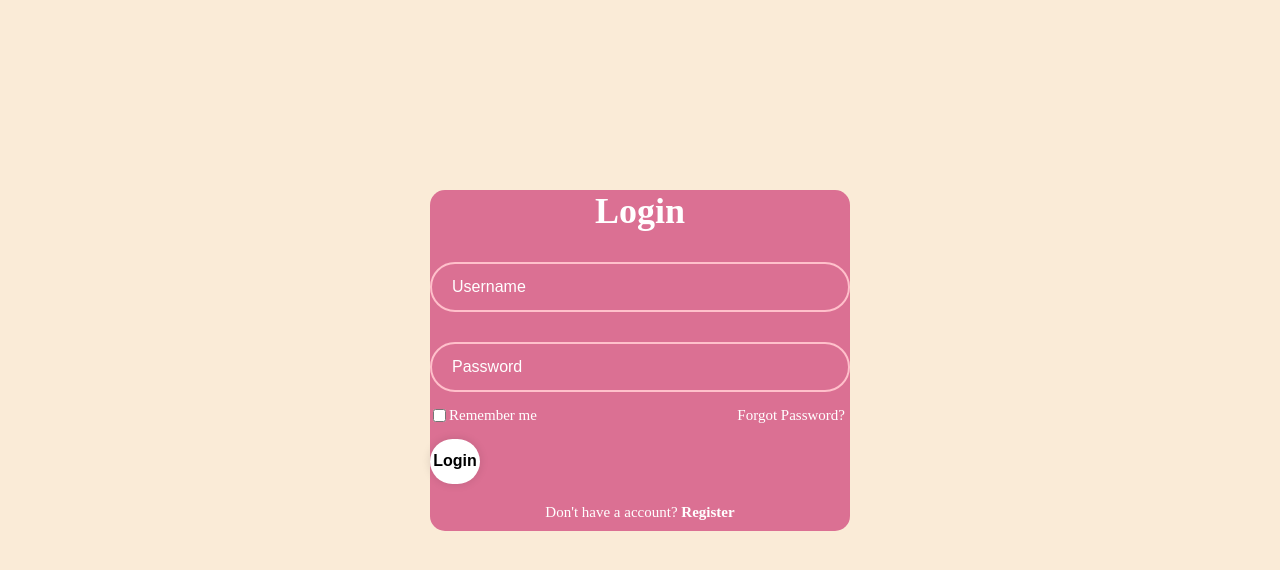
Repository: Kubraaygun/Html_Css_Login
Page: index.html
An editor plug-in stored every save of this project. The page is shown before and after the next save, followed by the edit.
The browser window is 1280 px wide. The pictures show the whole page.

Above is the page before, as saved 2025-03-05 20:00:18.

### index.html
<!DOCTYPE html>
<html lang="en">
  <head>
    <meta charset="UTF-8" />
    <meta name="viewport" content="width=device-width, initial-scale=1.0" />
    <title>HTML</title>
    <link rel="stylesheet" href="style.css" />
    <link
      rel="stylesheet"
      href="https://fonts.googleapis.com/icon?family=Material+Icons"
    />
  </head>

  <body>
    <div class="container">
      <form action="">
        <!-- Baslik -->
        <h1 class="login">Login</h1>

        <!-- input alanimiz -->

        <!-- surname -->
        <div class="input-box">
          <input type="text" required placeholder="Username" />
        </div>

        <!-- Password -->
        <div class="input-box">
          <input type="password" required placeholder="Password" />
        </div>

        <!-- Remember me Alani -->
        <div class="remember-me">
          <label>
            <input class="checkbox" type="checkbox" />Remember
            <span>&nbsp;</span>me
          </label>
          <a class="forgotPassword" href="">Forgot Password?</a>
        </div>

        <!-- Button -->
        <button type="submit" class="button">Login</button>

        <!-- Register Link -->
        <div class="register-link">
          <p>
            Don't have a account? <a class="registerlink" href="#"> Register</a>
          </p>
        </div>
      </form>
    </div>
  </body>
</html>

### style.css
* {
  margin: 0;
  padding: 0;
  box-sizing: border-box;
}

body {
  display: flex;
  justify-content: center;
  align-items: center;
  min-height: 100vh; /* vh: Tarayici penceresinin yuksekligine gore yuzde olarak boyut belirler. 1vh pencere yuksekliginin %1ine esittir */
  background-color: antiquewhite;
}

.container {
  width: 420px;
  background-color: palevioletred;
  color: white;
  border-radius: 15px;
}

.login {
  font-size: 36px;
  text-align: center;
}
.input-box {
  width: 100%;
  height: 50px;
  margin: 30px 0;
}

input {
  width: 100%;
  height: 100%;
  background-color: transparent;
  border: none;
  outline: none;
  border: 2px solid pink;
  border-radius: 30px;
  font-size: 16px;
  color: purple;
  padding: 20px;
}
input:hover {
  background-color: pink;
}
input::placeholder {
  color: #fff;
}

.remember-me {
  display: flex;
  justify-content: space-between;
  font-size: 15px;
  margin: -15px 0 15px;
}

label {
  display: flex;
  align-items: center;
}

.checkbox {
  accent-color: purple;
  margin: 0 3px 0 3px;
}
.forgotPassword {
  color: #fff;
  text-decoration: none;
  margin-right: 5px;
}

.forgotPassword:hover {
  text-decoration: underline;
}

.button {
  width: 50px;
  height: 45px;
  background-color: #fff;
  border: none;
  outline: none;
  border-radius: 40px;
  box-shadow: 0 0 10px rgba(0, 0, 0, 0.12);
  cursor: pointer;
  font-size: 16px;
  font-weight: 600;
}

.register-link {
  font-size: 15px;
  text-align: center;
  margin: 20px 0 10px 0;
}

.registerlink {
  color: #fff;
  text-decoration: none;
  font-weight: 600;
}

.registerlink:hover {
  text-decoration: underline;
}

After the next save:
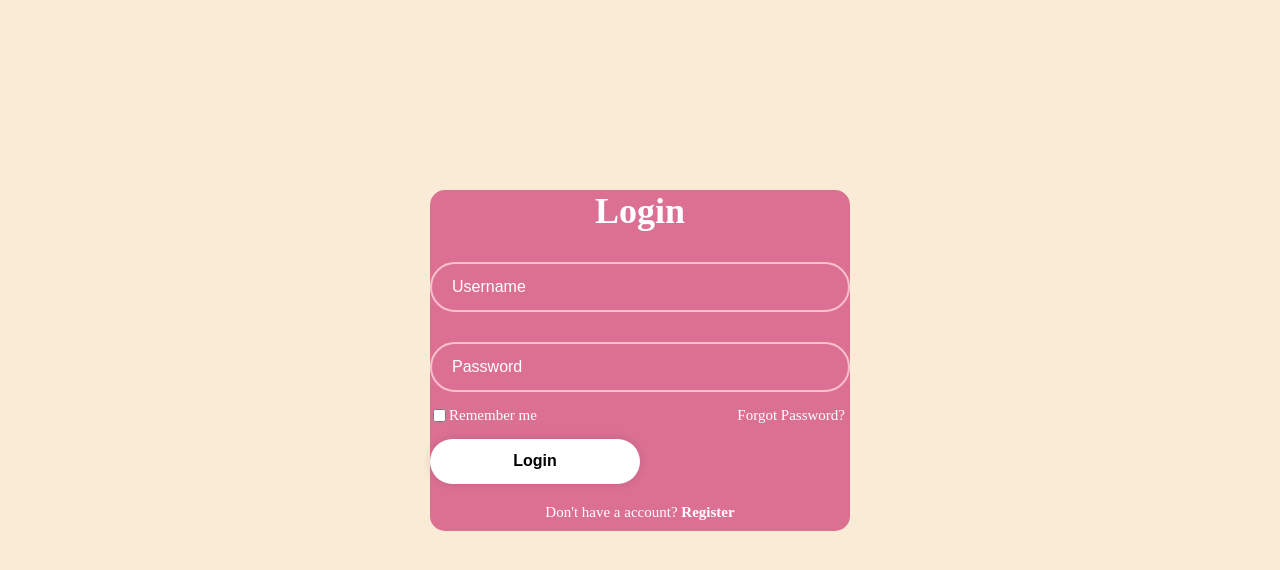
Saved 4 s later.
--- a/style.css
+++ b/style.css
@@ -75,7 +75,7 @@ label {
 }
 
 .button {
-  width: 50px;
+  width: 50%;
   height: 45px;
   background-color: #fff;
   border: none;
